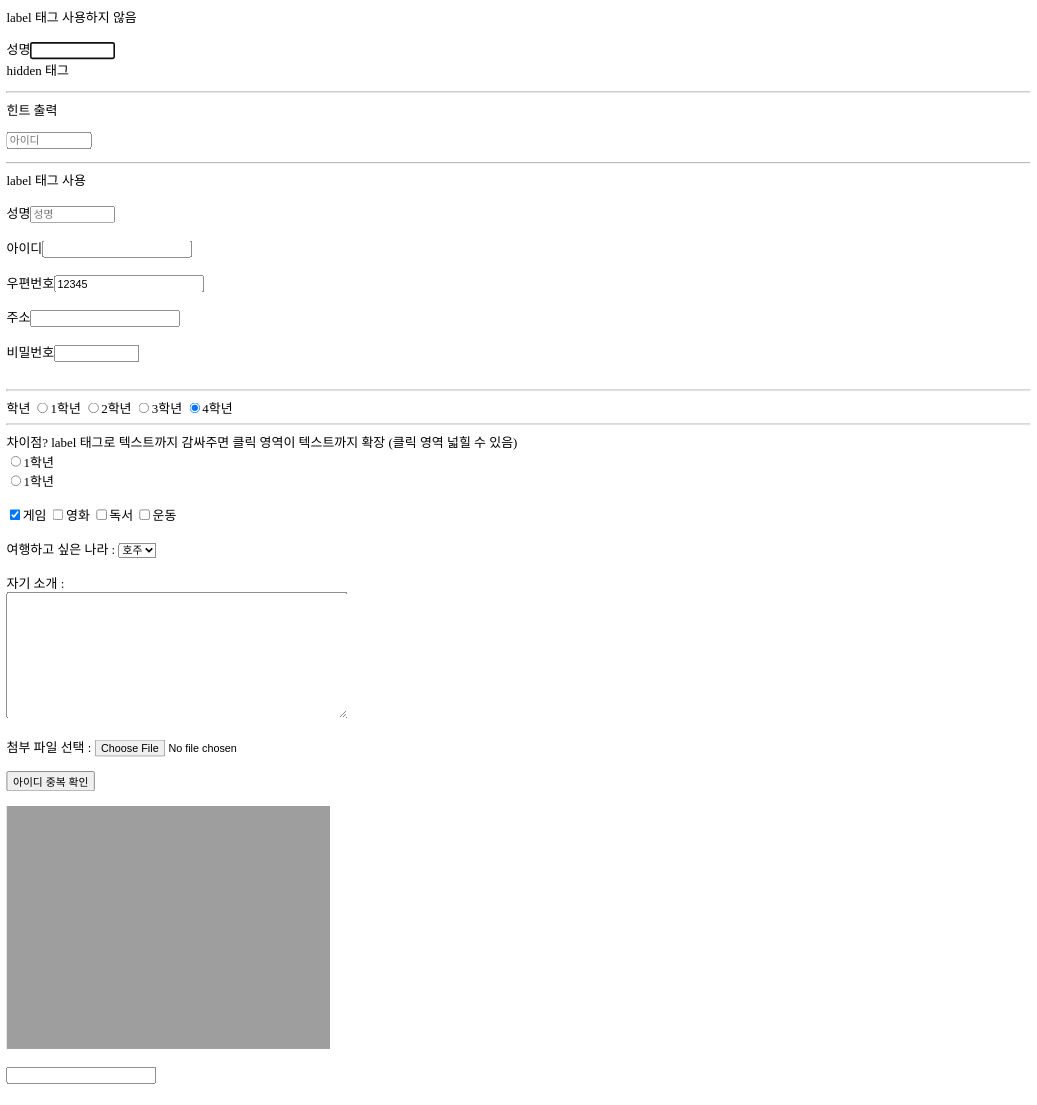
Repository: roditee/Frontend_ex
Page: HTML01/src/main/webapp/form.html
These files come from the project's save history. The page is drawn as it stood at one moment and after the next save; the edit follows.
The browser window is 1280 px wide. The pictures show the whole page, at 81% of full size.
Pictures or frames that could not be fetched are drawn as grey boxes.

Above is the page before, as saved 2021-12-02 08:32:43.

### HTML01/src/main/webapp/form.html
<!DOCTYPE html>
<html>
	<head>
		<meta charset="UTF-8">
		<title>입력 양식 태그 : form 태그</title>
	</head>
	<body>
		<form method="post" action="newMember.jsp">
			label 태그 사용하지 않음<p>
			성명<input type="text" id="name" name="name" size="10" autofocus><br>

			hidden 태그
			<input type="text" id="prdNo" hidden>
			<hr>

			힌트 출력<p>
			<input type="text" name="id" size="10" placeholder="아이디"><br>
			<hr>

			label 태그 사용<p>
			<label>성명<input type="text" name="name2" size="10" placeholder="성명"></label><br><br>
			<label>아이디<input type="id" name="name2" maxlength="8"></label><br><br>
			<label>우편번호<input type="text" name="zipcode" value="12345" readonly></label><br><br>
			<label>주소<input type="text" name="address" required></label><br><br>
			<label>비밀번호<input type="password" name="passwd" size="10"></label><br><br>
			<hr>

			학년
			<label><input type="radio" name="year" value="1">1학년</label>
			<label><input type="radio" name="year" value="2">2학년</label>
			<label><input type="radio" name="year" value="3">3학년</label>
			<label><input type="radio" name="year" value="4" checked>4학년</label>
			<hr>

			차이점? label 태그로 텍스트까지 감싸주면 클릭 영역이 텍스트까지 확장 (클릭 영역 넓힐 수 있음)<br>
			<input type="radio" name="year" value="1">1학년<br>
			<label><input type="radio" name="year" value="1">1학년</label><br><br>

			<label><input type="checkbox" name="hobby" value="게임" checked>게임</label>
			<label><input type="checkbox" name="hobby" value="영화">영화</label>
			<label><input type="checkbox" name="hobby" value="독서">독서</label>
			<label><input type="checkbox" name="hobby" value="운동">운동</label><br><br>

			여행하고 싶은 나라 :
			<select name="nation">
				<option value="미국">미국</option>
				<option value="중국">중국</option>
				<option value="호주" selected>호주</option>
			</select><br><br>

			자기 소개 : <br>
			<textarea rows="10" cols="50" size="30"></textarea><br><br>

			첨부 파일 선택 : <input type="file" size="30"><br><br>

			<input type="button" value="아이디 중복 확인"><br><br>

			<input type="image" id="cartImg" src="image/cart.jpg"><br><br>
			<input type="email"><br><br>
		</form>
	</body>
</html>

After the next save:
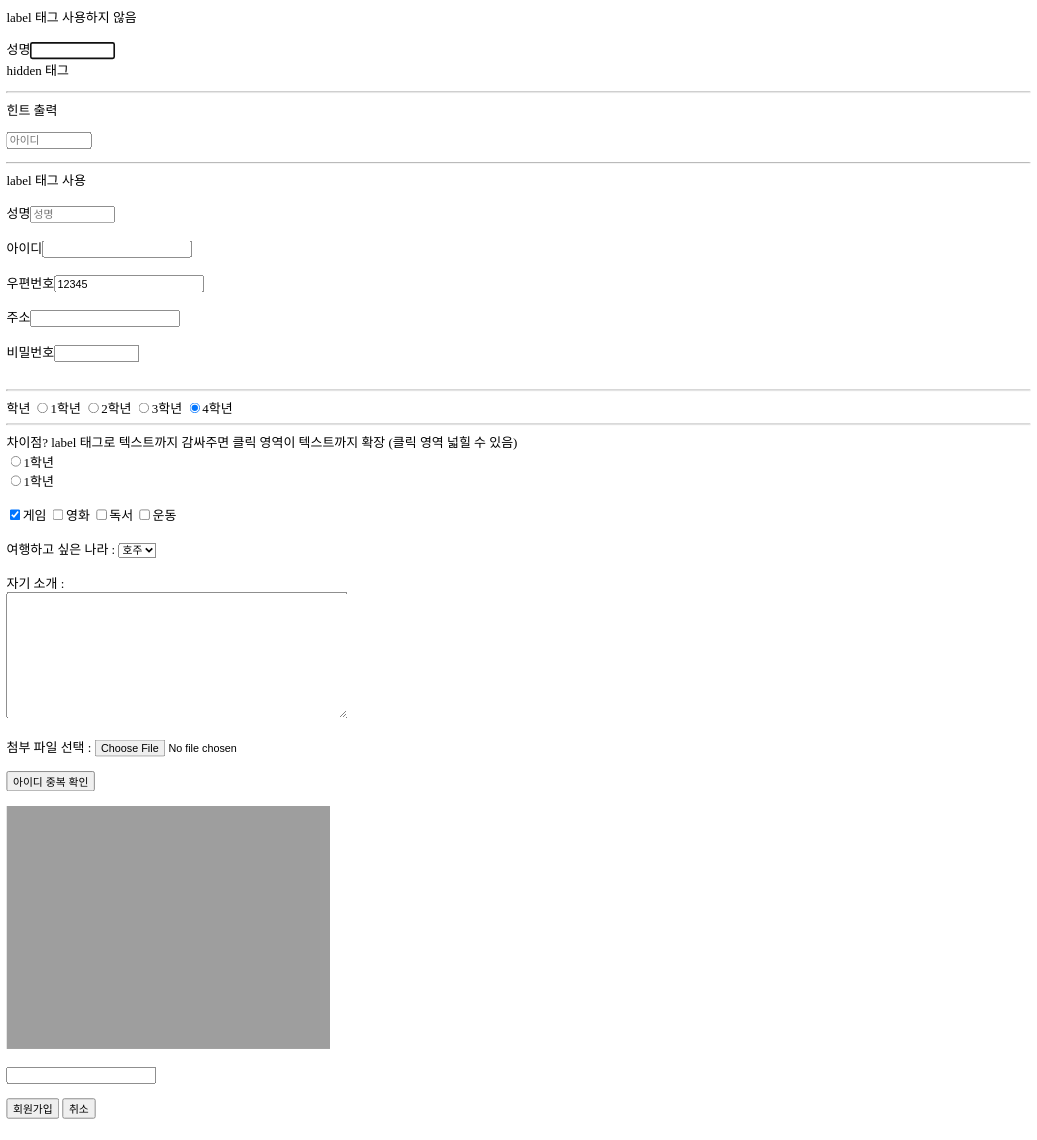
Saved 117 s later.
--- a/HTML01/src/main/webapp/form.html
+++ b/HTML01/src/main/webapp/form.html
@@ -56,7 +56,10 @@
 			<input type="button" value="아이디 중복 확인"><br><br>
 
 			<input type="image" id="cartImg" src="image/cart.jpg"><br><br>
+
 			<input type="email"><br><br>
+
+			<input type="submit" value="회원가입"> <input type="reset" value="취소"><br><br>
 		</form>
 	</body>
 </html>
